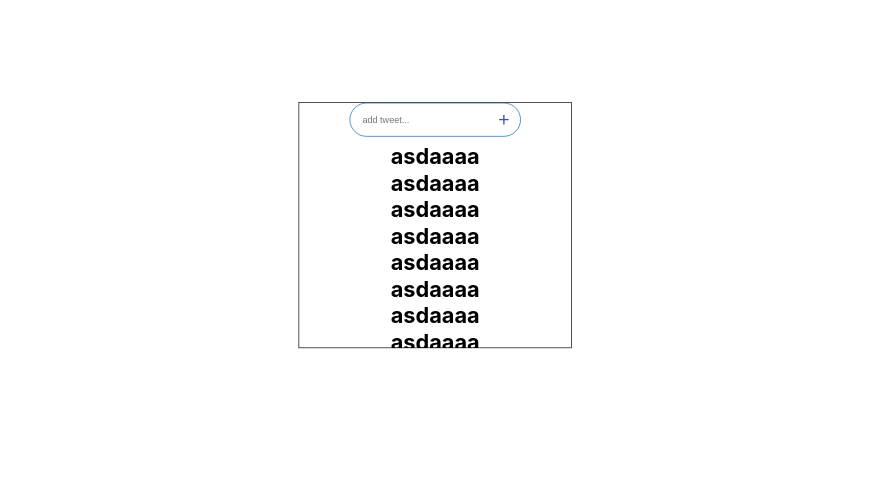
Repository: ehabmelhem/FullStack_Tweetapp
Page: /tweet (app in tweet-app-demo/)
The author's editor kept a copy of each file at every save. The page is drawn from the files as they stood at one save, then again after the next save.
The browser window is 1280 px wide. The pictures show the whole page, at 68% of full size.
The project was rebuilt for these pictures with package versions that can differ from the ones it lists, and the page was loaded fresh each time. A package was used in the major version that the imports need, not the one package.json lists. Also part of the build but not shown: tweet-app-demo/src/Componets/Gotweet.js, tweet-app-demo/src/Componets/Login.css, tweet-app-demo/src/Componets/Login.js, tweet-app-demo/src/Componets/SignUp.css, tweet-app-demo/src/Componets/SignUp.js.

Above is the page before, as saved 2021-01-28 19:56:29.

After the next save:
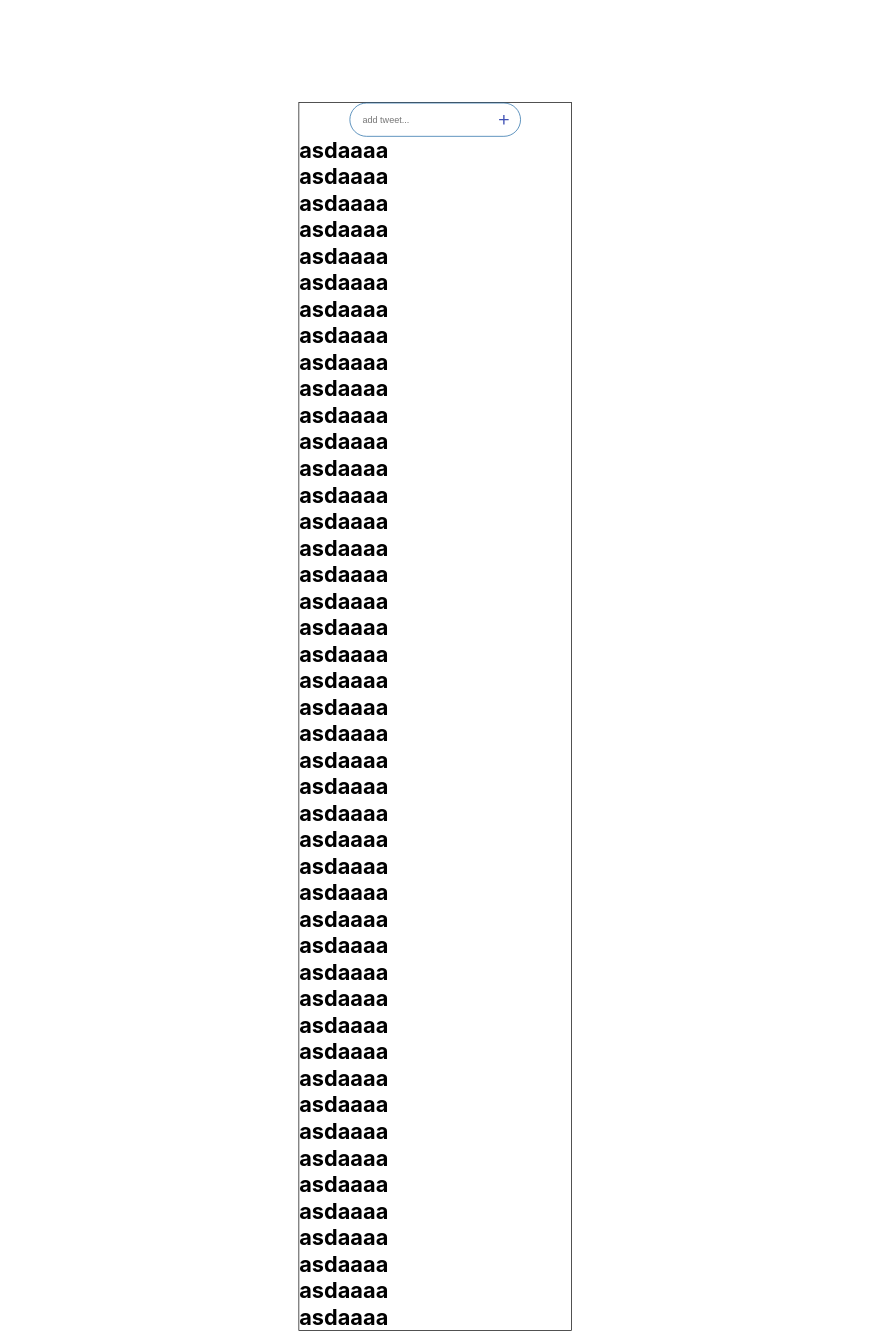
Saved 105 s later.
--- a/tweet-app-demo/src/Componets/Tweet.css
+++ b/tweet-app-demo/src/Componets/Tweet.css
@@ -17,27 +17,40 @@
   border: 1px solid black;
 }
 /* Hide scrollbar for Chrome, Safari and Opera */
-.container::-webkit-scrollbar {
-  width: 1em;
+div element */ .Container {
+  height: 150px;
+  width: 250px;
+  overflow-y: auto;
+  background-color: green;
+  border-radius: 5px;
+  margin: 0 auto;
+}
+/* Set the effects to the division
+    named content */
+.Content {
+  height: 200px;
+  color: white;
+  text-align: center;
 }
 
-.container::-webkit-scrollbar-track {
-  box-shadow: inset 0 0 6px rgba(13, 132, 230, 0.76);
-  border-radius: 999px;
-  margin-right: 100px;
+/* Designing for scroll-bar */
+::-webkit-scrollbar {
+  width: 6px;
 }
 
-.container::-webkit-scrollbar-thumb {
-  background-color: rgb(37, 156, 235);
-  border-radius: 999px;
+/* Track */
+::-webkit-scrollbar-track {
+  background: gainsboro;
+  border-radius: 5px;
 }
 
-.container {
-  margin: 0 auto;
-  margin-top: 10px;
-  overflow: scroll;
-  scroll-behavior: smooth;
-  overflow-x: hidden; /* Hide horizontal scrollbar */
-  height: 300px;
-  width: fit-content;
+/* Handle */
+::-webkit-scrollbar-thumb {
+  background: black;
+  border-radius: 5px;
 }
+
+/* Handle on hover */
+::-webkit-scrollbar-thumb:hover {
+  background: #555;
+}

After the 3 saves that followed:
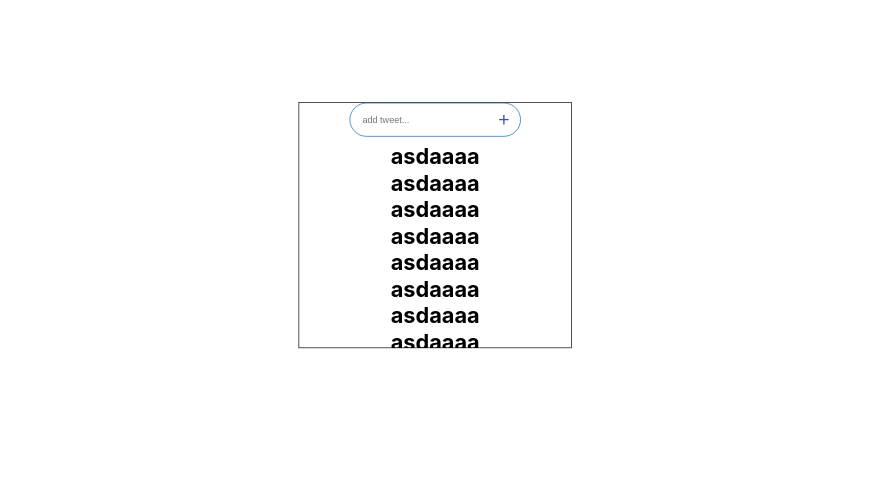
The 3 saves are shown as one change because 1 left the picture as it was and some came seconds apart.
The last was saved 16 s later.
--- a/tweet-app-demo/src/Componets/Tweet.css
+++ b/tweet-app-demo/src/Componets/Tweet.css
@@ -17,40 +17,27 @@
   border: 1px solid black;
 }
 /* Hide scrollbar for Chrome, Safari and Opera */
-div element */ .Container {
-  height: 150px;
-  width: 250px;
-  overflow-y: auto;
-  background-color: green;
-  border-radius: 5px;
-  margin: 0 auto;
-}
-/* Set the effects to the division
-    named content */
-.Content {
-  height: 200px;
-  color: white;
-  text-align: center;
+.container::-webkit-scrollbar {
+  width: 1em;
 }
 
-/* Designing for scroll-bar */
-::-webkit-scrollbar {
-  width: 6px;
+.container::-webkit-scrollbar-track {
+  box-shadow: inset 0 0 6px rgba(13, 132, 230, 0.76);
+  border-radius: 999px;
+  margin-right: 100px;
 }
 
-/* Track */
-::-webkit-scrollbar-track {
-  background: gainsboro;
-  border-radius: 5px;
+.container::-webkit-scrollbar-thumb {
+  background-color: rgb(37, 156, 235);
+  border-radius: 999px;
 }
 
-/* Handle */
-::-webkit-scrollbar-thumb {
-  background: black;
-  border-radius: 5px;
+.container {
+  margin: 0 auto;
+  margin-top: 10px;
+  overflow: scroll;
+  scroll-behavior: smooth;
+  overflow-x: hidden; /* Hide horizontal scrollbar */
+  height: 300px;
+  width: fit-content;
 }
-
-/* Handle on hover */
-::-webkit-scrollbar-thumb:hover {
-  background: #555;
-}
